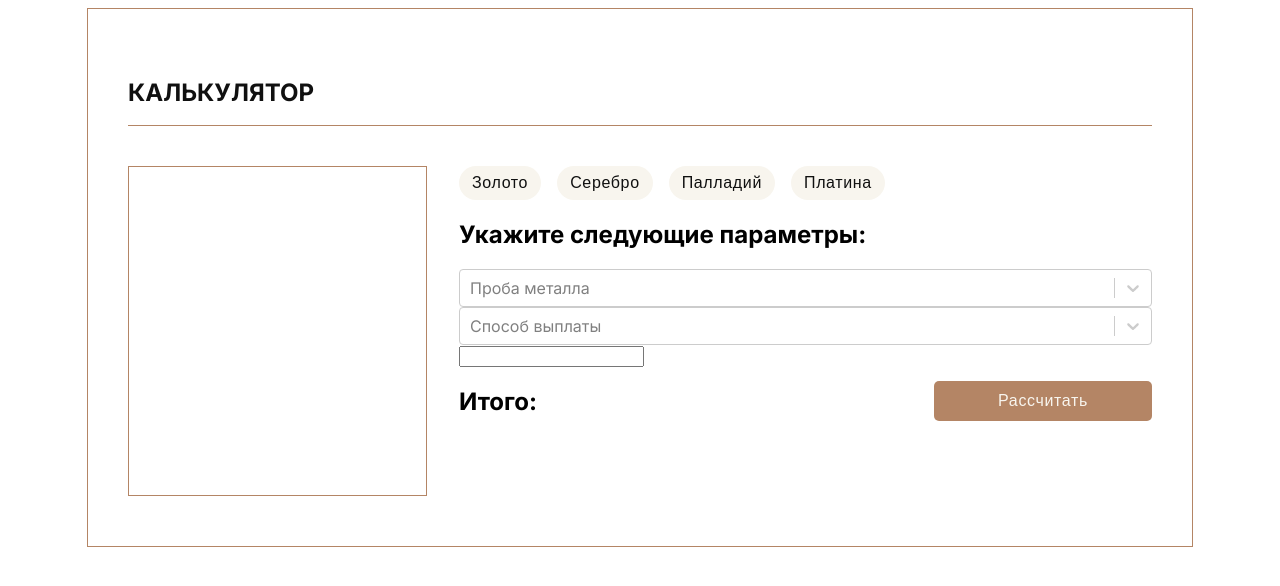
Repository: Kirill2034/Calculator-metal
Page: /
These files come from the project's save history. The page is drawn as it stood at one moment and after the next save; the edit follows.
The browser window is 1280 px wide. The pictures show the whole page.
The project was rebuilt for these pictures with package versions that can differ from the ones it lists, and the page was loaded fresh each time.

Above is the page before, as saved 2021-11-27 18:56:33.

After the next save:
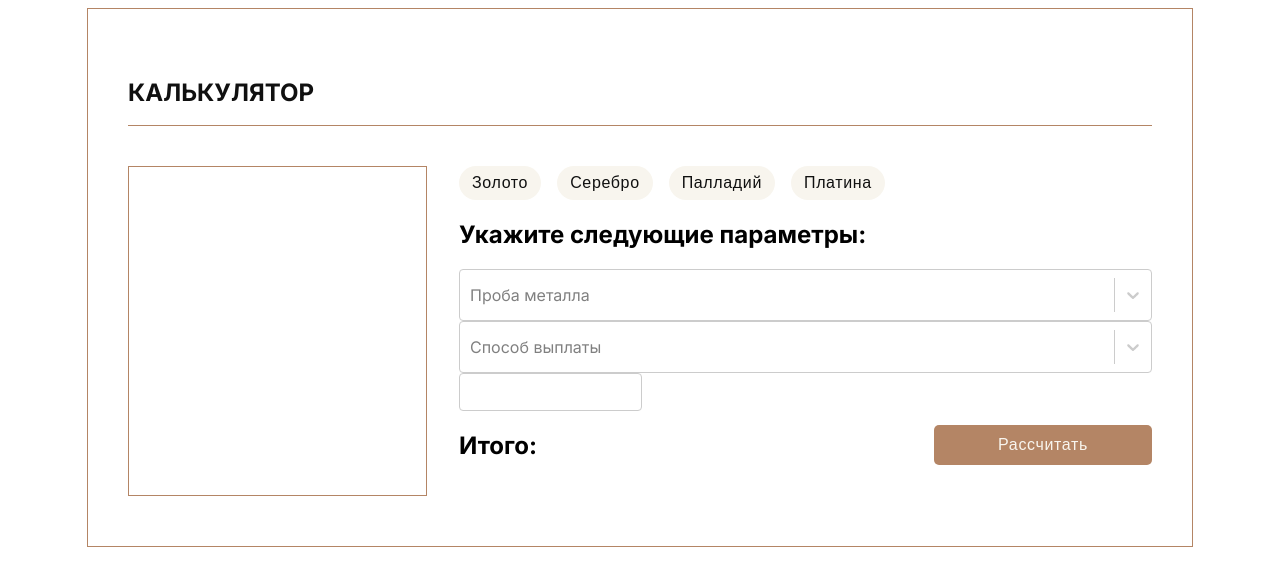
Saved 32 s later.
--- a/src/App.css
+++ b/src/App.css
@@ -6,4 +6,4 @@
 .App .calculator .content {width: 70%;}
 .App .calculator .calculate {display: flex; align-items: center; justify-content: space-between}
 .App .calculator .calculate button {border: none; box-shadow: none; outline: none; background: #B48565; border-radius: 5px; font-weight: normal; font-size: 16px; line-height: 24px; letter-spacing: 0.04em; color: #F8F5EE; padding: 8px 64px; cursor: pointer;}
-.App .calculator .calculate .select-prop-metal input {width: 100%;}
+.App .calculator .select-prop-metal input {-webkit-box-align: center; align-items: center; background-color: hsl(0, 0%, 100%); border-color: hsl(0, 0%, 80%); border-radius: 4px; border-style: solid; border-width: 1px; cursor: default; display: flex; flex-wrap: wrap; -webkit-box-pack: justify; justify-content: space-between; min-height: 38px; outline: 0!important; position: relative; transition: all 100ms; box-sizing: border-box;}
